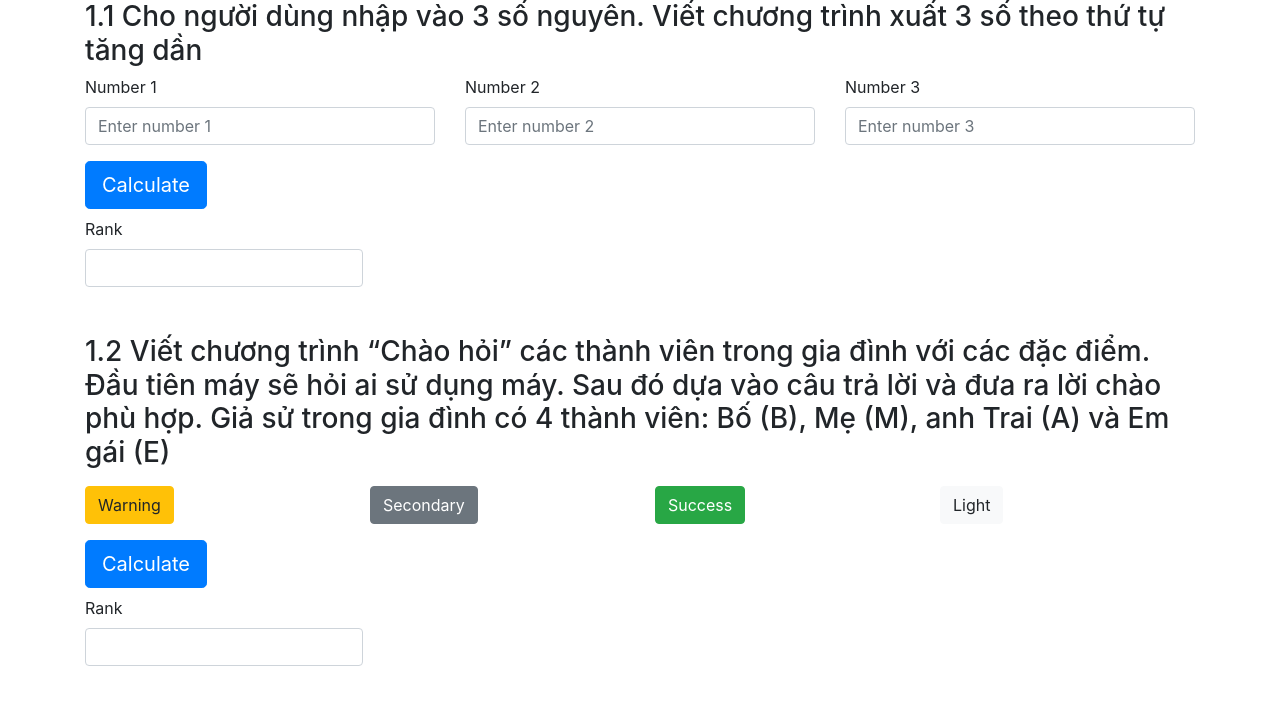
Repository: baobaodeveloper/bootscamp21__jsbasic__HuynhAnhBao
Page: index.html
An editor plug-in stored every save of this project. The page is shown before and after the next save, followed by the edit.
The browser window is 1280 px wide. The pictures show the whole page.

Above is the page before, as saved 2022-03-09 23:54:09.

### index.html
<!DOCTYPE html>
<html lang="en">
  <head>
    <title>javaScript basic</title>
    <!-- Required meta tags -->
    <meta charset="utf-8" />
    <meta
      name="viewport"
      content="width=device-width, initial-scale=1, shrink-to-fit=no"
    />

    <!-- Bootstrap CSS -->
    <link
      rel="stylesheet"
      href="https://stackpath.bootstrapcdn.com/bootstrap/4.3.1/css/bootstrap.min.css"
      integrity="sha384-ggOyR0iXCbMQv3Xipma34MD+dH/1fQ784/j6cY/iJTQUOhcWr7x9JvoRxT2MZw1T"
      crossorigin="anonymous"
    />
  </head>
  <body>
    <!-- Cho người dùng nhập vào 3 số nguyên. Viết chương trình xuất 3 số theo thứ tự tăng dần -->
    <div class="container mb-xl-5">
      <h3>
        1.1 Cho người dùng nhập vào 3 số nguyên. Viết chương trình xuất 3 số
        theo thứ tự tăng dần
      </h3>

      <div class="row">
        <div class="col">
          <label class="form-label">Number 1</label>
          <input
            type="text"
            class="form-control num1"
            placeholder="Enter number 1"
          />
        </div>
        <div class="col">
          <label class="form-label">Number 2</label>
          <input
            type="number"
            class="form-control num2"
            placeholder="Enter number 2"
          />
        </div>
        <div class="col">
          <label class="form-label">Number 3</label>
          <input
            type="number"
            class="form-control num3"
            placeholder="Enter number 3"
          />
        </div>
      </div>

      <button type="button " class="btn btn-primary btn-lg mt-3 mb-2 btn-rank">
        Calculate
      </button>

      <div class="mt-3 m-auto">
        <label class="form-label">Rank</label>
        <input type="text" class="form-control w-25 result1" />
      </div>
    </div>

    <!-- Viết chương trình “Chào hỏi” các thành viên trong gia đình với các đặc điểm. Đầu tiên máy
    sẽ hỏi ai sử dụng máy. Sau đó dựa vào câu trả lời và đưa ra lời chào phù hợp. Giả sử trong
    gia đình có 4 thành viên: Bố (B), Mẹ (M), anh Trai (A) và Em gái (E) -->
    <div class="container">
      <h3 class="mb-3">
        1.2 Viết chương trình “Chào hỏi” các thành viên trong gia đình với các
        đặc điểm. Đầu tiên máy sẽ hỏi ai sử dụng máy. Sau đó dựa vào câu trả lời
        và đưa ra lời chào phù hợp. Giả sử trong gia đình có 4 thành viên: Bố
        (B), Mẹ (M), anh Trai (A) và Em gái (E)
      </h3>

      <div class="row">
        <div class="col">
          <button type="button" class="btn btn-warning">Warning</button>
        </div>
        <div class="col">
          <button type="button" class="btn btn-secondary">Secondary</button>
        </div>
        <div class="col">
          <button type="button" class="btn btn-success">Success</button>
        </div>
        <div class="col">
          <button type="button" class="btn btn-light">Light</button>
        </div>
      </div>

      <button type="button " class="btn btn-primary btn-lg mt-3 mb-2 btn-rank">
        Calculate
      </button>

      <div class="mt-3 m-auto">
        <label class="form-label">Rank</label>
        <input type="text" class="form-control w-25 result1" />
      </div>
    </div>
    <!-- Optional JavaScript -->
    <!-- jQuery first, then Popper.js, then Bootstrap JS -->
    <script
      src="https://code.jquery.com/jquery-3.3.1.slim.min.js"
      integrity="sha384-q8i/X+965DzO0rT7abK41JStQIAqVgRVzpbzo5smXKp4YfRvH+8abtTE1Pi6jizo"
      crossorigin="anonymous"
    ></script>
    <script
      src="https://cdnjs.cloudflare.com/ajax/libs/popper.js/1.14.7/umd/popper.min.js"
      integrity="sha384-UO2eT0CpHqdSJQ6hJty5KVphtPhzWj9WO1clHTMGa3JDZwrnQq4sF86dIHNDz0W1"
      crossorigin="anonymous"
    ></script>
    <script
      src="https://stackpath.bootstrapcdn.com/bootstrap/4.3.1/js/bootstrap.min.js"
      integrity="sha384-JjSmVgyd0p3pXB1rRibZUAYoIIy6OrQ6VrjIEaFf/nJGzIxFDsf4x0xIM+B07jRM"
      crossorigin="anonymous"
    ></script>

    <script src="exercise1.js"></script>
  </body>
</html>

### exercise1.js
const numValue1 = document.querySelector(".num1");
const numValue2 = document.querySelector(".num2");
const numValue3 = document.querySelector(".num3");
const btnRank = document.querySelector(".btn-rank");
const result1 = document.querySelector(".result1");
btnRank.addEventListener("click", () => {
  const num1 = +numValue1.value;
  const num2 = +numValue2.value;
  const num3 = +numValue3.value;
  let rank = "";
  if (num1 < num2 && num2 < num3) {
    rank = `${num1}  ${num2}  ${num3}`;
  } else if (num1 < num3 && num3 < num2) {
    rank = `${num1}  ${num3}  ${num2}`;
  } else if (num2 < num1 && num1 < num3) {
    rank = `${num2}  ${num1}  ${num3}`;
  } else if (num2 < num3 && num3 < num1) {
    rank = `${num2}  ${num1}  ${num3}`;
  } else if (num3 < num1 && num1 < num2) {
    rank = `${num3}  ${num1}  ${num2}`;
  } else if (num3 < num2 && num2 < num1) {
    rank = `${num3}  ${num2}  ${num1}`;
  } else if (num1 === num2 && num1 < num3) {
    rank = `${num1}  ${num1}  ${num3}`;
  } else if (num1 === num3 && num1 < num2) {
    rank = `${num1}  ${num1}  ${num3}`;
  } else if (num2 === num3 && num3 < num1) {
    rank = `${num2}  ${num2}  ${num3}`;
  }
  result1.value = rank;
});

After the next save:
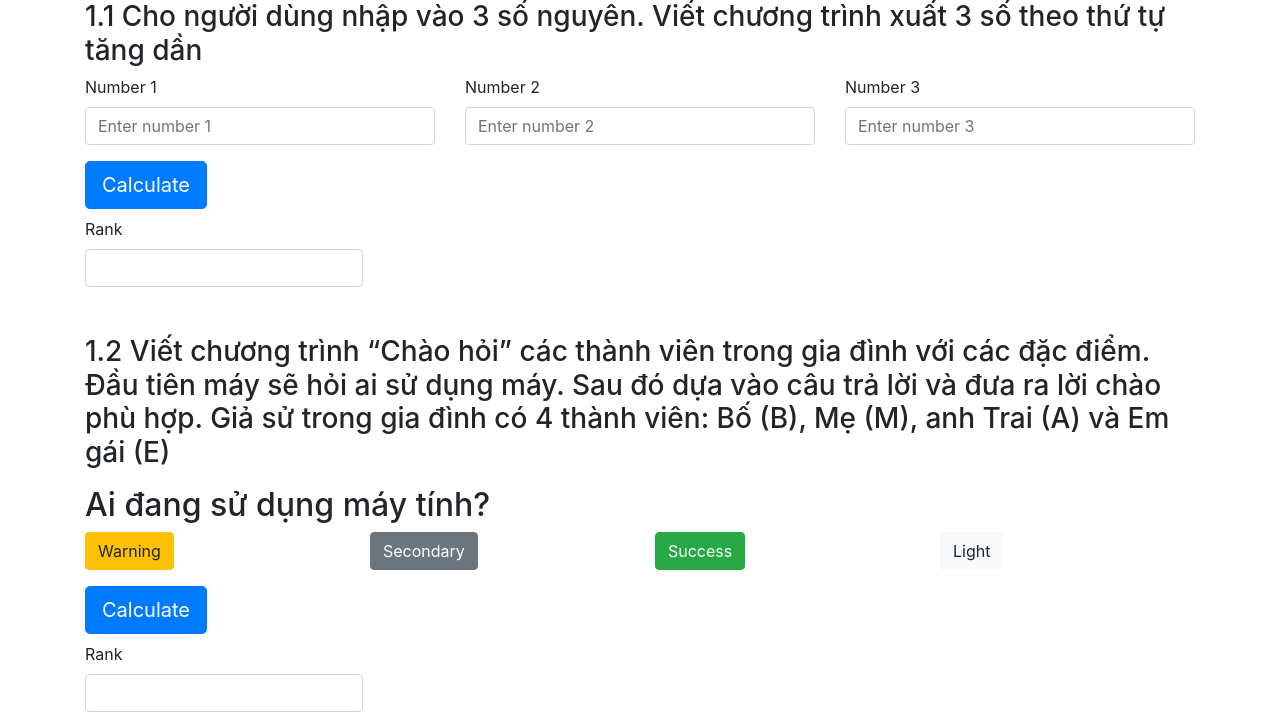
Saved 2 min 18 s later.
--- a/index.html
+++ b/index.html
@@ -73,6 +73,7 @@
         (B), Mẹ (M), anh Trai (A) và Em gái (E)
       </h3>
 
+      <h2>Ai đang sử dụng máy tính?</h2>
       <div class="row">
         <div class="col">
           <button type="button" class="btn btn-warning">Warning</button>
